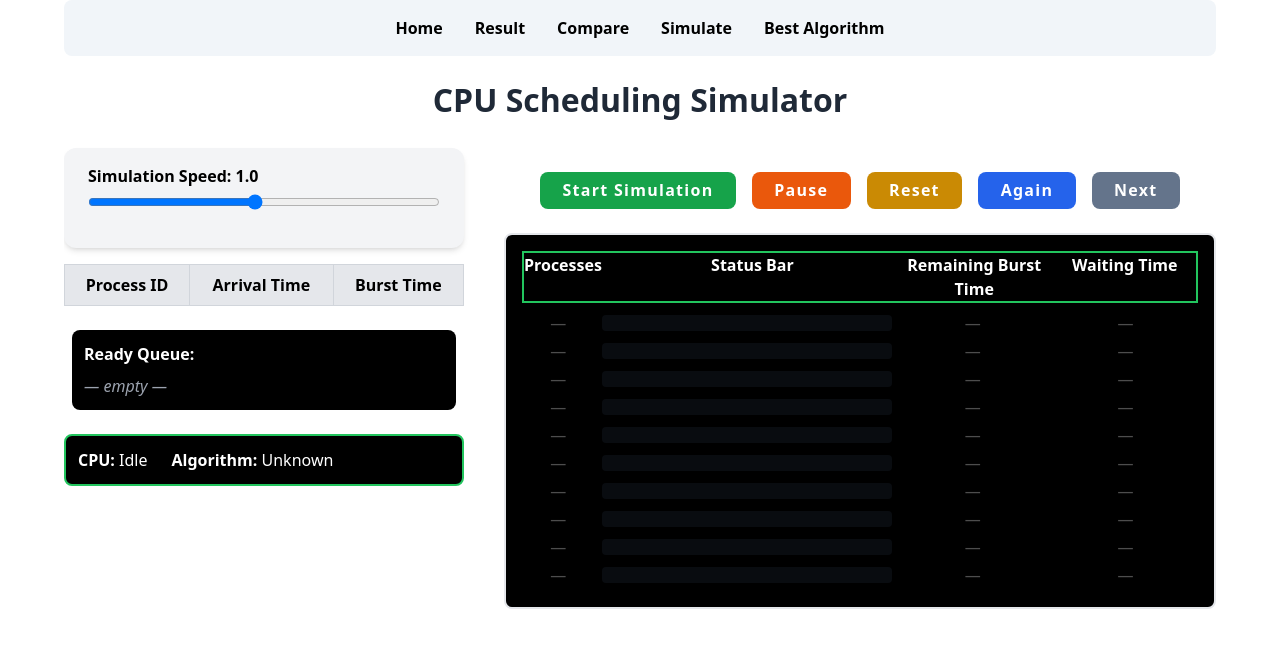
Repository: ujjwalkathait/Process_Scheduler
Page: /simulate
These files come from the project's save history. The page is drawn as it stood at one moment and after the next save; the edit follows.
The browser window is 1280 px wide. The pictures show the whole page.
The project was rebuilt for these pictures with package versions that can differ from the ones it lists, and the page was loaded fresh each time. Also part of the build but not shown: vite.config.js, src/components/CompareAlgorithmsChart.jsx, src/components/GanttChart.jsx, src/components/GanttChartTable.jsx, src/components/ProcessData.jsx, src/components/ProcessTable.jsx, src/components/PerformanceMetrics.jsx, src/components/SelectAlgorithm.jsx and 14 more.

Above is the page before, as saved 2025-06-07 00:20:41.

### index.html
<!doctype html>
<html lang="en">
  <head>
    <meta charset="UTF-8" />
    <link rel="icon" type="image/svg+xml" href="./src/assets/scheduling_favicon.jpeg" />
    <meta name="viewport" content="width=device-width, initial-scale=1.0" />
    <title>CPU Scheduling Algorithms Visualization</title>
  </head>
  <body>
    <div id="root"></div>
    <script type="module" src="/src/main.jsx"></script>
  </body>
</html>

### src/main.jsx
import ReactDOM from 'react-dom/client';
import { BrowserRouter } from 'react-router-dom';
import App from './App';
import React from 'react';
import './index.css';

ReactDOM.createRoot(document.getElementById('root')).render(
  <React.StrictMode>
    <App />
  </React.StrictMode>,
)

### src/App.jsx
import React, { useState } from 'react';
import { ToastContainer } from 'react-toastify';
import 'react-toastify/dist/ReactToastify.css';
import Compare from './pages/Compare';
import Home from './pages/Home';
import Result from './pages/Result';
import { Link, Route, BrowserRouter as Router, Routes } from 'react-router-dom';
import { ProcessProvider } from './context/ProcessContext';
import Simulate from './pages/Simulate';
import Best from './pages/Best';

function App() {

  return (
    <ProcessProvider>
      <Router>
        <div className="overflow-x-hidden mx-[5%] mb-[1rem]">
          <nav className="flex justify-center gap-8 p-4 bg-slate-100 rounded-lg">
            <Link to="/" className="font-semibold hover:underline">Home</Link>
            <Link to="/result" className="font-semibold hover:underline">Result</Link>
            <Link to="/compare" className="font-semibold hover:underline">Compare</Link>
            <Link to="/simulate" className="font-semibold hover:underline">Simulate</Link>
            <Link to="/best" className="font-semibold hover:underline">Best Algorithm</Link>
          </nav>
          <div className='w-full text-center my-5'>
            <h1 className='text-[2rem] font-bold text-gray-800'>
              CPU Scheduling Simulator
            </h1>
          </div>
          <ToastContainer />
          <Routes>
            <Route path="/" element={<Home />} />
            <Route path="/result" element={<Result />} />
            <Route path="/compare" element={<Compare />} />
            <Route path="/simulate" element={<Simulate />} />
            <Route path="/best" element={<Best />} />

          </Routes>
        </div>
      </Router>
    </ProcessProvider>
  );
}

export default App

### src/index.css
@tailwind base;
@tailwind components;
@tailwind utilities;

input[type="number"] {
  @apply border border-gray-300 rounded-md;
  width: 100%;
  text-align: center;
  font-size: 1.1rem;
}

input[type="radio"] {
  @apply border border-gray-300 rounded-md;
  text-align: center;
  width: 30px;
  margin-top: 0.7rem;
}

.simulate {
  /* background: rgb(49,151,168); */
  letter-spacing: 0.15rem;
  font-weight: 900;
  font-size: 1rem;
}

.reset {
  letter-spacing: 0.08rem;
  font-weight: 900;
  font-size: 1rem;
}

### src/context/ProcessContext.jsx
import React, { createContext, useRef, useState } from 'react';

export const ProcessContext = createContext();

export const ProcessProvider = ({ children }) => {
  const [arrivalTime, setArrivalTime] = useState();
  const [burstTime, setBurstTime] = useState();
  const [processId, setProcessID] = useState(1);
  const [processes, setProcesses] = useState([]);
  const [newProcesses, setUpdatedProcesses] = useState([]);
  const [updatedProcesses, setAnotherUpdatedProcesses] = useState([]);
  const [selectedAlgorithm, setSelectedAlgorithm] = useState(0);
  const [priority, setPriority] = useState();
  const [executed, setExecuted] = useState(false);
  const [statisticsData, setStatisticsData] = useState([]);
  const [isPaused, setIsPaused] = useState(false);
  const delayRef = useRef(1000);


  const [currentProcess, setCurrentProcess] = useState(null);

  const value = {
    arrivalTime,
    burstTime,
    processId,
    processes,
    newProcesses,
    updatedProcesses,
    selectedAlgorithm,
    priority,
    executed,
    statisticsData,
    currentProcess,
    isPaused,
    delayRef,
    setArrivalTime,
    setBurstTime,
    setProcessID,
    setProcesses,
    setUpdatedProcesses,
    setAnotherUpdatedProcesses,
    setSelectedAlgorithm,
    setPriority,
    setExecuted,
    setStatisticsData,
    setCurrentProcess,
    setIsPaused,
  };

  return (
    <ProcessContext.Provider value={value}>
      {children}
    </ProcessContext.Provider>
  );
};

### src/pages/Simulate.jsx
import React, { useContext, useEffect, useRef, useState } from 'react';
import { ProcessContext } from '../context/ProcessContext';
import InputTable from '../components/InputTable';
import SimulationControls from '../components/SimulationControls';
import ReadyQueue from '../components/ReadyQueue';
import CPUStatus from '../components/CPUStatus';
import { Statistics } from '../components';
import NavigationButtons from '../components/NavigationButtons';
import ProcessProgressList from '../components/ProcessProgressList';
import executeSelectedAlgorithm from '../helpers/ExecuteAlgorithm';
import { useNavigate } from 'react-router-dom';

export default function Simulate() {
  const navigate = useNavigate();
  const {
      processes,
      selectedAlgorithm,
      setProcesses,
      executed,
      setUpdatedProcesses,
      setExecuted,
      setStatisticsData,
      setAnotherUpdatedProcesses,
      setCurrentProcess,
      setProcessID,
      isPaused,
      newProcesses,
      delayRef,
    } = useContext(ProcessContext);
  let num_of_process = processes.length;

  const [simulationSpeed, setSimulationSpeed] = useState(1.0);
  const [timeQuantum, setTimeQuantum] = useState();

  const pausedRef = useRef(isPaused);

    useEffect(() => {
    pausedRef.current = isPaused;
  }, [isPaused]);

  const getPaused = () => pausedRef.current;

  const [simulationStarted, setSimulationStarted] = useState(false);

  const isNonPreemptive = [1,2,3, ''].includes(selectedAlgorithm);

  const handleStart = async () => {
    setSimulationStarted(true);
    await executeSelectedAlgorithm(selectedAlgorithm, num_of_process, processes, setProcesses, setUpdatedProcesses, setExecuted, setStatisticsData, setAnotherUpdatedProcesses, setCurrentProcess, getPaused, delayRef);

  };

  const handleReset = () => {
    setSimulationStarted(false);
    setExecuted(false);
    setProcesses([]);
    setProcessID(1);
    setStatisticsData([]);
    setUpdatedProcesses([]);
    setAnotherUpdatedProcesses([]);
    navigate('/');
    window.location.reload();
  };

  const handleAgain = async () => {
    setSimulationStarted(false);
    setExecuted(false);
    setUpdatedProcesses([]);
    setAnotherUpdatedProcesses([]);
    setStatisticsData([]);
    setCurrentProcess(null);

    await new Promise((res) => setTimeout(res, 300)); // Small delay to reset UI smoothly

    handleStart();
  };
  const handleBack = () => { /* backward step logic */ };

  return (
    <div className="w-full bg-white my-6 flex flex-row gap-10">
      <div className="space-y-4 col-span-1">
        <SimulationControls
          simulationSpeed={simulationSpeed}
          setSimulationSpeed={setSimulationSpeed}
          timeQuantum={timeQuantum}
          setTimeQuantum={setTimeQuantum}
          selectedAlgorithm={selectedAlgorithm}
          delayRef={delayRef}
        />
        <div className="overflow-y-auto flex-shrink-0 max-h-[220px]">
          <InputTable
            processes={processes}
            selectedAlgorithm={selectedAlgorithm}
          />
        </div>
        <div className="rounded p-2 max-w-[500px] overflow-x-auto">
          <ReadyQueue />
        </div>
        <div className="space-y-2">
          <CPUStatus status="Idle" algorithm={selectedAlgorithm} />
          {/* <Statistics
            selectedAlgorithm={selectedAlgorithm}
            // processes={processes}
            processes={newProcesses.length ? newProcesses : processes}
            setProcesses={setProcesses}
            executed={executed}
          /> */}
        </div>
      </div>

      {/* Right Panel */}
      <div className="col-span-2 space-y-4">
        <NavigationButtons
            onStart={handleStart}
            onReset={handleReset}
            onAgain={handleAgain}
        />
        <div className="overflow-y-auto flex-shrink-0 max-h-[500px]">
          <ProcessProgressList
            // processes={processes}
            processes={newProcesses.length ? newProcesses : processes}
          />
        </div>
      </div>
    </div>
  );
}

### src/components/index.js
import CompareAlgorithmsChart from "./CompareAlgorithmsChart";
import GanttChart from "./GanttChart";
import GanttChartTable from "./GanttChartTable";
import ProcessData from "./ProcessData";
import ProcessTable from "./ProcessTable";
import PerformanceMetrics from "./PerformanceMetrics";
import SelectAlgorithm from "./SelectAlgorithm"
import Statistics from "./Statistics";

export {
    CompareAlgorithmsChart,
    GanttChart,
    GanttChartTable,
    ProcessData,
    ProcessTable,
    PerformanceMetrics,
    SelectAlgorithm,
    Statistics
}

### src/components/InputTable.jsx
import React from 'react'

const InputTable = ({selectedAlgorithm , processes}) => {
    let usesPriority = (selectedAlgorithm === 3 || selectedAlgorithm === 4 || selectedAlgorithm === 7);
  return (
    <table className="w-full border-collapse border border-gray-300 text-center">
        <thead>
            <tr className="bg-gray-200">
            <th className="border border-gray-300 px-2 py-2">Process ID</th>
            <th className="border border-gray-300 px-2 py-2">Arrival Time</th>
            <th className="border border-gray-300 px-2 py-2">Burst Time</th>
            {usesPriority && (
                <th className="border border-gray-300 px-4 py-2">Priority</th>
            )}
            </tr>
        </thead>
        <tbody>
            {processes.map((process, index) => (
                <tr key={process.processId} className="bg-white">
                    <td className="border border-gray-300 px-4 py-2">P{index+1}</td>
                    <td className="border border-gray-300 px-4 py-2">{process.arrivalTime}</td>
                    <td className="border border-gray-300 px-4 py-2">{process.burstTime}</td>
                    {usesPriority && (
                    <td className="border border-gray-300 px-4 py-2">{process.priority}</td>
                    )}
                </tr>
            ))}
        </tbody>
    </table>
  )
}

export default InputTable

### src/components/SimulationControls.jsx
import React, { useEffect, useRef, useState } from 'react';

const SimulateControls = ({
  simulationSpeed,
  setSimulationSpeed,
  timeQuantum,
  setTimeQuantum,
  selectedAlgorithm,
  delayRef,
}) => {
    const usesQuantum = (selectedAlgorithm === 6 || selectedAlgorithm === 7);
  //   useEffect(() => {
  //   if (setDelay) {
  //     const adjustedDelay = 1000 / simulationSpeed; // Higher speed = shorter delay
  //     setDelay(adjustedDelay);
  //   }
  // }, [simulationSpeed, setDelay]);
    useEffect(() => {
      delayRef.current = 1000 / simulationSpeed;
    }, [simulationSpeed]);
  return (
    <div className="bg-gray-100 w-[400px] px-6 py-4 rounded-xl shadow-md">

      {/* Simulation Speed Slider */}
      <div className="mb-4">
        <label className="block font-semibold mb-1">Simulation Speed: {simulationSpeed.toFixed(1)}</label>
        <input
          type="range"
          min="0.1"
          max="2.0"
          step="0.01"
          value={simulationSpeed}
          onChange={(e) => setSimulationSpeed(parseFloat(e.target.value))}
          className="w-full"
        />
      </div>

      {/* Quantum Time Input */}
      {usesQuantum && (
        <div className="mb-4">
            <label className="block font-semibold mb-1">Quantum Time:</label>
            <input
            type="number"
            min="1"
            value={timeQuantum}
            onChange={(e) => setTimeQuantum(Number(e.target.value))}
            className="w-full p-2 border rounded"
            />
        </div>
      )}

      {/* Buttons */}
      {/* <div className="grid grid-cols-3 gap-4 mt-4">
        <button onClick={onPause} className="bg-yellow-600 hover:bg-yellow-700 text-white font-bold py-2 rounded">
          Pause
        </button>
        <button onClick={onBack} className="bg-gray-500 hover:bg-gray-600 text-white font-bold py-2 rounded">
          Back
        </button>
        <button onClick={onSimulate} className="bg-green-600 hover:bg-green-700 text-white font-bold py-2 rounded">
          Simulate
        </button>
        <button onClick={onForward} className="bg-blue-600 hover:bg-blue-700 text-white font-bold py-2 rounded">
          Forward
        </button>
        <button onClick={onExit} className="bg-red-600 hover:bg-red-700 text-white font-bold py-2 rounded col-span-2">
          Exit
        </button>
      </div> */}
    </div>
  );
};

export default SimulateControls;

### src/components/ReadyQueue.jsx
import React, { useContext } from 'react';
import { ProcessContext } from '../context/ProcessContext';

const ReadyQueue = () => {
  const { processes, currentProcess } = useContext(ProcessContext);

  // show only those not yet completed
  const active = processes.filter(p => p.remainingTime > 0);

  return (
    <div className=" bg-black text-white p-3 rounded-lg w-full overflow-x-auto">
      <h3 className="font-semibold mb-2">Ready Queue:</h3>
    {active.length === 0 ? (
        <p className="italic text-gray-400">— empty —</p>
    ) : (
        <div className="flex space-x-2">
        {active.map(p => (
            <div
            key={p.processId}
            className={
                `px-3 py-1 rounded text-sm font-medium whitespace-nowrap ` +
                (currentProcess === p.processId
                ? 'bg-green-600 animate-pulse'
                : 'bg-gray-700')
            }
            >
            P{p.processId}
            </div>
        ))}
        </div>
    )}
    </div>
  );
};

export default ReadyQueue;

### src/components/CPUStatus.jsx
import React, { useContext } from 'react';
import { ProcessContext } from '../context/ProcessContext';

// must match your selection indices
const ALGO_NAMES = [
  'FCFS',
  'SJF (Non‑Preemptive)',
  'Priority (Non‑Preemptive)',
  'Priority (Preemptive)',
  'SJF (Preemptive)',
  'Round Robin',
  'Multilevel Queue',
  'Custom'
];

const CPUStatus = () => {
  const { currentProcess, selectedAlgorithm } = useContext(ProcessContext);
  const alg = ALGO_NAMES[selectedAlgorithm-1] || 'Unknown';

  return (
    <div className="mt-4 border-2 border-green-500 bg-black text-white p-3 rounded-lg flex items-center space-x-6">
      <div>
        <span className="font-semibold">CPU:</span>{' '}
        {currentProcess != null ? `P${currentProcess}` : 'Idle'}
      </div>
      <div>
        <span className="font-semibold">Algorithm:</span> {alg}
      </div>
    </div>
  );
};

export default CPUStatus;

### src/components/NavigationButtons.jsx
// src/components/NavigationButtons.jsx
import React, { useContext } from 'react';
import { ProcessContext } from '../context/ProcessContext';
import { useNavigate } from 'react-router-dom';

const NavigationButtons = ({ onStart, onReset , onAgain}) => {
  const navigate = useNavigate();
  const { isPaused, setIsPaused } = useContext(ProcessContext);

  const handleReset = () => {
    if (window.confirm("Are you sure you want to reset the simulation?")) {
      onReset();
    }
  };

  return (
    <div className="flex justify-center space-x-4 mt-6">
      <button
        onClick={onStart}
        className="reset bg-green-600 hover:bg-green-700 font-bold text-[1rem] text-center text-white px-[1.4rem] py-[0.4rem] mb-2 rounded-lg focus:outline-none"
      >
        Start Simulation
      </button>

      {/* <button
        onClick={handleReset}
        className="bg-red-700 hover:bg-red-800 text-white px-6 py-2 rounded-lg border border-red-500 shadow"
      >
        Reset
      </button> */}
      <button
        onClick={() => setIsPaused(prev => !prev)}
        className="reset bg-orange-600 hover:bg-orange-700 font-bold text-[1rem] text-center text-white px-[1.4rem] py-[0.4rem] mb-2 rounded-lg focus:outline-none"
      >
        {isPaused ? 'Resume' : 'Pause'}
      </button>

      <button
        className='reset bg-yellow-600 hover:bg-yellow-700 font-bold text-[1rem] text-center text-white px-[1.4rem] py-[0.4rem] mb-2 rounded-lg focus:outline-none'
        type="submit"
        onClick={handleReset}
      >
          Reset
      </button>


      <button
        className='reset bg-blue-600 hover:bg-blue-700 font-bold text-[1rem] text-center text-white px-[1.4rem] py-[0.4rem] mb-2 rounded-lg focus:outline-none'
        type="submit"
        onClick={onAgain}
      >
        Again
      </button>



      <button
        className={`reset bg-slate-500 hover:bg-slate-600  font-bold text-[0.9rem] text-center text-white px-[1.4rem] py-[0.4rem] mb-2 rounded-lg focus:outline-none`}
        type="submit"
        onClick={e => {
            e.preventDefault();
            navigate('/result');
        }}
      >
        Next
      </button>
    </div>
  );
};

export default NavigationButtons;

### src/components/ProcessProgressList.jsx
import React, { useContext } from 'react';
import { ProcessContext } from '../context/ProcessContext';

const ProcessProgressList = ({processes}) => {
  let len = processes.length;

  if(len < 10) {
    len = 10;
  }


  const rows = Array.from({ length: len }, (_, i) => {
    const p = processes[i];
    const progressPct = p && p.burstTime > 0
      ? ((p.burstTime - p.remainingTime) / p.burstTime) * 100
      : 0;
    return {
      index: i + 1,
      progressPct,
      remaining: p ? p.remainingTime : 0,
      waiting: p && typeof p.waitingTime === 'number' && p.waitingTime >= 0 ? p.waitingTime : 0,

    };
  });

  return (
    <div className="bg-black text-white border-2 rounded-lg p-4 w-full">
      {/* Header Row */}
      <div className="grid grid-cols-[1fr_4fr_2fr_2fr] border-2 border-green-500 gap-2 font-semibold mb-2">
        <div className='text-center'>Processes</div>
        <div className='text-center'>Status Bar</div>
        <div className='text-center'>Remaining Burst Time</div>
        <div className='text-center'>Waiting Time</div>
      </div>

      {/* Data Rows */}
      {rows.map(({ index, progressPct, remaining, waiting }, i) => (
        processes[i] ? (
          <div
            key={index}
            className="grid grid-cols-[1fr_4fr_2fr_2fr] gap-2 items-center mb-1"
          >
            <div className="text-center">P{index}</div>

            <div>
              <div className="bg-gray-700 rounded h-4 w-full overflow-hidden">
                <div
                  className="bg-blue-500 h-4 transition-all duration-300"
                  style={{ width: `${progressPct}%` }}
                />
              </div>
              <div className="text-xs text-center mt-1">
                {Math.round(progressPct)}%
              </div>
            </div>

            <div className="text-center">{remaining}</div>
            <div className="text-center">{waiting}</div>
          </div>
        ) : (
          <div
            key={index}
            className="grid grid-cols-[1fr_4fr_2fr_2fr] gap-2 items-center mb-1 opacity-30"
          >
            <div className="text-center">—</div>
            <div className="h-4 bg-gray-800 rounded w-full" />
            <div className="text-center">—</div>
            <div className="text-center">—</div>
          </div>
        )
      ))}
    </div>
  );
};

export default ProcessProgressList;

### src/helpers/ComputeStatistics.js
const computeStatistics = (selectedAlgorithm, processes, setProcesses) => {
    let isNonPreemptive = (selectedAlgorithm === 1 || selectedAlgorithm === 2 || selectedAlgorithm === 3 || selectedAlgorithm === "");
    let total_waiting_time = 0, total_completion_time = 0, total_turnaround_time = 0;
    let average_waiting_time = 0, average_completion_time = 0, average_turnaround_time = 0;

    for (let i = 0; i < processes.length; i++) {

        processes[i].waitingTime = isNonPreemptive ? processes[i].startTime - processes[i].arrivalTime : processes[i].completionTime - processes[i].burstTime - processes[i].arrivalTime;
        processes[i].turnaroundTime = processes[i].completionTime - processes[i].arrivalTime;

        total_waiting_time += processes[i].waitingTime;
        total_completion_time += processes[i].completionTime;
        total_turnaround_time += processes[i].turnaroundTime;
    }

    average_completion_time = (total_completion_time / processes.length).toFixed(2);
    average_waiting_time = (total_waiting_time / processes.length).toFixed(2);
    average_turnaround_time = (total_turnaround_time / processes.length).toFixed(2);

    setProcesses(processes);

    return { algorithm: selectedAlgorithm, average_completion_time, average_waiting_time, average_turnaround_time };
}

export default computeStatistics;

### src/algorithms/index.js
import executeFCFS from "./FCFS";
import executeSJF from "./SJF";
import executePriority from "./Priority";
import executePreemptivePriority from "./PreemptivePriority";
import executeSTRF from "./STRF";
import executeRoundRobin from "./RoundRobin";
import executeMultilevelFeedbackQueue from "./MLFQ";


export {
    executeFCFS,
    executeSJF,
    executePriority,
    executePreemptivePriority,
    executeSTRF,
    executeRoundRobin,
    executeMultilevelFeedbackQueue
}

### src/algorithms/Priority.js
// import executeFCFS from "./FCFS";

// const executePriority = (processes, num_of_processes, setUpdatedProcesses, setCurrentProcess) => {
//     const newprocesses = [...processes];
//     // Sort processes based on priority
//     newprocesses.sort((a, b) => a.priority - b.priority);

//     // Execute FCFS on sorted processes
//     executeFCFS(newprocesses, num_of_processes, setUpdatedProcesses, setCurrentProcess);
// }

// export default executePriority;



const delay = (ms) => new Promise((resolve) => setTimeout(resolve, ms));

const waitWhilePaused = async (getPaused) => {
  while (getPaused()) {
    await delay(200);
  }
};

const executePriority = async (
  processes,
  num_of_processes,
  setUpdatedProcesses,
  setCurrentProcess,
  getPaused
) => {
  let current_time = 0;
  let completed = 0;

  const updated = processes.map(p => ({
    ...p,
    remainingTime: p.burstTime,
    isCompleted: false,
  }));

  while (completed < num_of_processes) {
    // Get ready queue
    const readyQueue = updated
      .filter(p => !p.isCompleted && p.arrivalTime <= current_time)
      .sort((a, b) => a.priority - b.priority); // lower number = higher priority

    if (readyQueue.length === 0) {
      await delay(1000);
      current_time++;
      continue;
    }

    const current = readyQueue[0];
    current.startTime = current_time;
    current.waitingTime = current_time - current.arrivalTime;
    setCurrentProcess(current.processId);

    // Execute process fully (non-preemptive)
    while (current.remainingTime > 0) {
      if (getPaused()) await waitWhilePaused(getPaused);
      await delay(1000);
      current.remainingTime--;
      current_time++;
      setUpdatedProcesses([...updated]);
    }

    current.completionTime = current_time;
    current.isCompleted = true;
    setCurrentProcess(null);
    completed++;
  }
};

export default executePriority;

Loaded but not shown: tailwind.config.js (common file); src/algorithms/PreemptivePriority.js (177 lines, source omitted); src/algorithms/RoundRobin.js (158 lines, source omitted); src/algorithms/FCFS.js (190 lines, source omitted); src/algorithms/MLFQ.js (118 lines, source omitted); src/algorithms/STRF.js (128 lines, source omitted); src/helpers/ExecuteAlgorithm.js (74 lines, source omitted); src/algorithms/SJF.js (104 lines, source omitted)

After the next save:
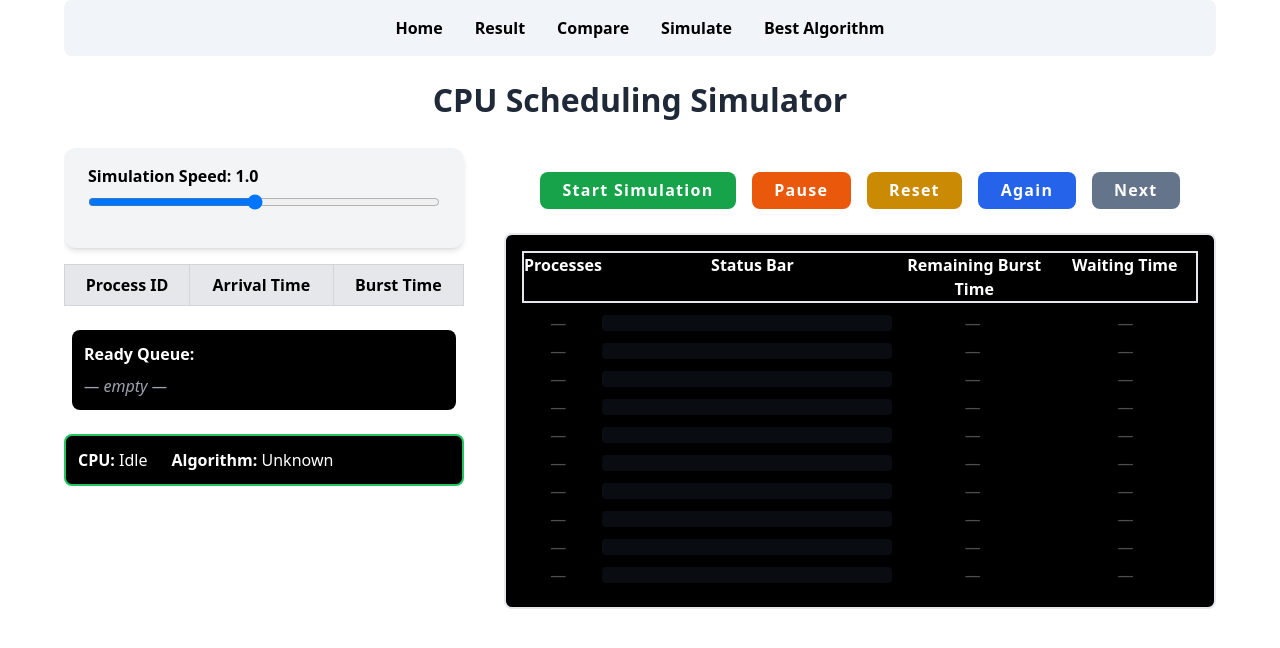
Saved 41 s later.
--- a/src/components/ProcessProgressList.jsx
+++ b/src/components/ProcessProgressList.jsx
@@ -26,7 +26,7 @@ const ProcessProgressList = ({processes}) => {
   return (
     <div className="bg-black text-white border-2 rounded-lg p-4 w-full">
       {/* Header Row */}
-      <div className="grid grid-cols-[1fr_4fr_2fr_2fr] border-2 border-green-500 gap-2 font-semibold mb-2">
+      <div className="grid grid-cols-[1fr_4fr_2fr_2fr] border-2  gap-2 font-semibold mb-2">
         <div className='text-center'>Processes</div>
         <div className='text-center'>Status Bar</div>
         <div className='text-center'>Remaining Burst Time</div>
